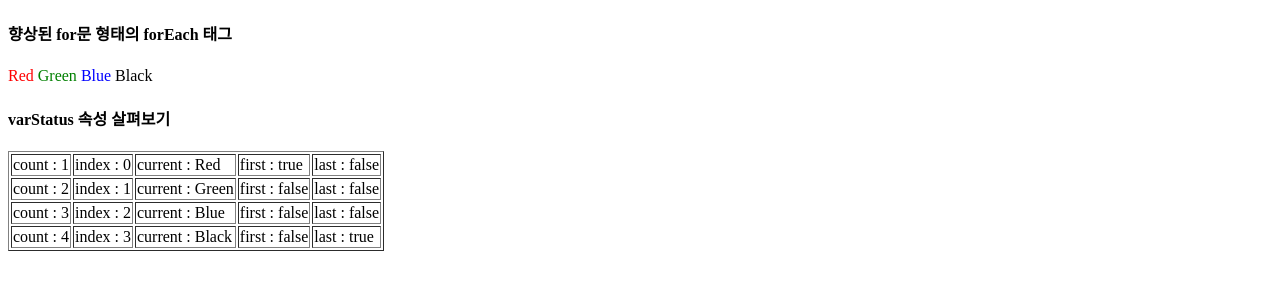
Repository: gunbong0921-cell/15JSP
Page: http://localhost/JSPStudy/04JSTL/core/ForEachExtend1.jsp
An editor plug-in stored every save of this project. The page is shown before and after the next save, followed by the edit.
The browser window is 1280 px wide. The pictures show the whole page.
The page is served by Tomcat 10.

Above is the page before, as saved 2026-09-21 09:05:16.

After the next save:
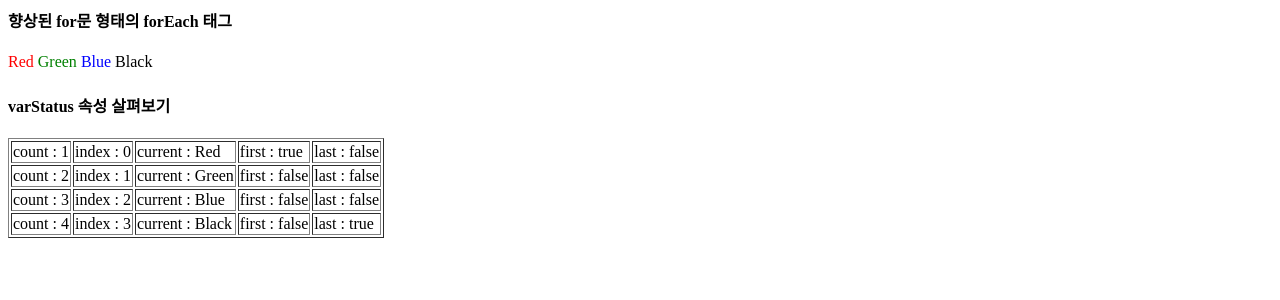
Saved 16 h 6 min later.
--- a/JSPStudy/src/main/webapp/04JSTL/core/ForEachExtend1.jsp
+++ b/JSPStudy/src/main/webapp/04JSTL/core/ForEachExtend1.jsp
@@ -1,32 +1,44 @@
 <%@ page language="java" contentType="text/html; charset=UTF-8"
     pageEncoding="UTF-8"%>
-<%@ taglib prefix="c" uri="http://java.sun.com/jsp/jstl/core"%>
-<!DOCTYPE html>
+<%@ taglib prefix="c" uri="jakarta.tags.core" %>
 <html>
-<head>
-<meta charset="UTF-8">
-<title>JSTL - forEach 2</title>
-</head>
+<head><title>JSTL - forEach2</title></head>
 <body>
-	<h4>향상된 for문 형태의 forEach 태그</h4>
-	<%
-	String[] rgba = {"Red", "Green", "Blue", "Black"};
-	%>
-	<c:forEach items="<%= rgba %>" var="c">
-		<span style="color:${ c };">${ c }</span>
-	</c:forEach>
+<!--
+forEach 태그의 향상된 for문 형태
+	: 주로 배열이나 컬렉션에서 값을 순차적으로 접근할때 사용한다.
+	속성]
+		items : 사용할 배열이나 컬렉션을 지정
+		var : 해당 루프에서 반환되는 인스턴스를 저장할 변수명 지정
+-->
+    <h4>향상된 for문 형태의 forEach 태그</h4>
+    <%
+    String[] rgba = {"Red", "Green", "Blue", "Black"};
+    %>
+    <!-- 문자열 배열의 크기만큼 반복해서 span 태그를 4번 출력한다. -->
+    <c:forEach items="<%= rgba %>" var="c">
+        <span style="color:${ c };">${ c }</span>
+    </c:forEach>
 
-	<h4>varStatus 속성 살펴보기</h4>
-	<table border="1">
-	<c:forEach items="<%= rgba %>" var="c" varStatus="loop">
-		<tr>
-			<td>count : ${ loop.count }</td>
-			<td>index : ${ loop.index }</td>
-			<td>current : ${ loop.current }</td>
-			<td>first : ${ loop.first }</td>
-			<td>last : ${ loop.last }</td>
-		</tr>
-	</c:forEach>
-	</table>
+
+    <h4>varStatus 속성 살펴보기</h4>
+    <!--
+    향상된 for문에서 varStatus 속성
+    	index : 현재 루프에서의 인덱스 표현. 0부터 시작.
+    	current : 현재 루프의 실제 요소(인스턴스) 반환.
+    	count : 실제 반복횟수. 1부터 시작.
+    	first/last : 처음과 마지막에 true 반환.
+    -->
+    <table border="1">
+    <c:forEach items="<%= rgba %>" var="c" varStatus="loop">
+        <tr>
+            <td>count : ${ loop.count }</td>
+            <td>index : ${ loop.index }</td>
+            <td>current : ${ loop.current }</td>
+            <td>first : ${ loop.first }</td>
+            <td>last : ${ loop.last }</td>
+        </tr>
+    </c:forEach>
+    </table>
 </body>
 </html>
